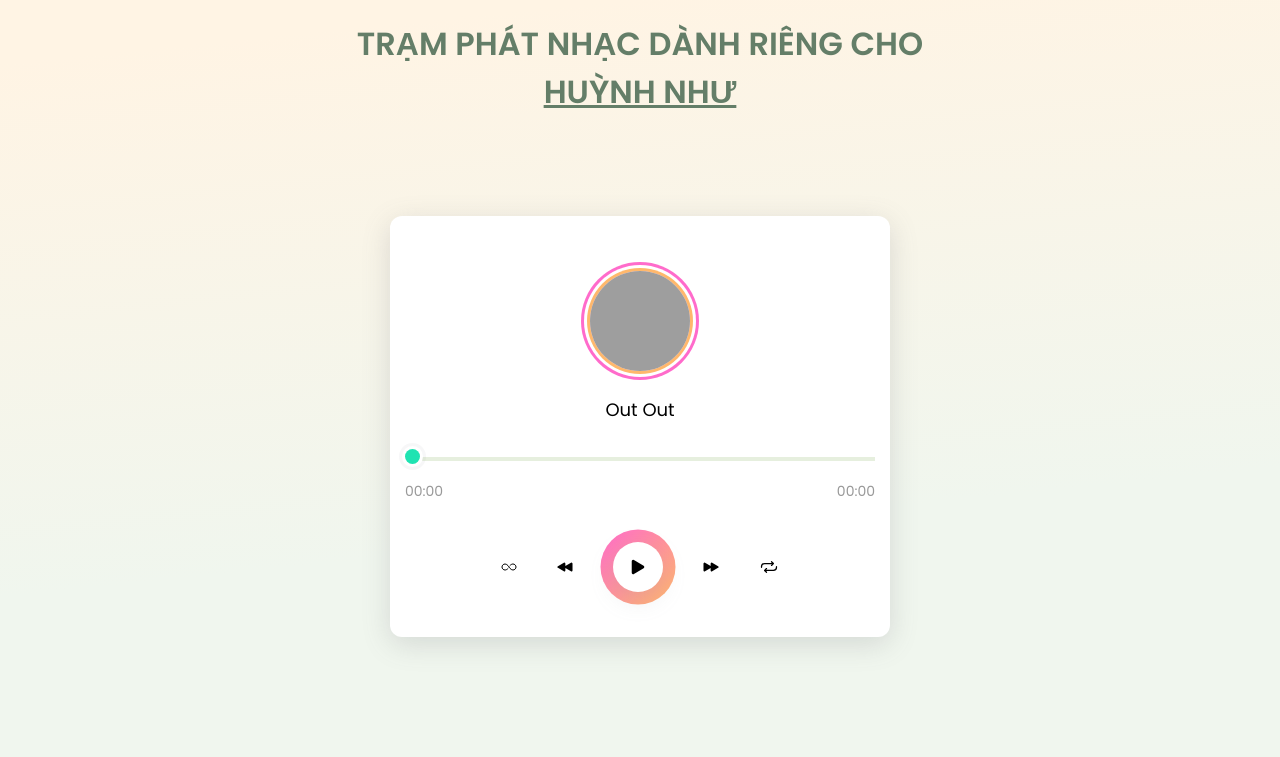
Repository: VuTuanAnh0949/Mp3
Page: index.html
The author's editor kept a copy of each file at every save. The page is drawn from the files as they stood at one save, then again after the next save.
The browser window is 1280 px wide. The pictures show the whole page.
Pictures or frames that could not be fetched are drawn as grey boxes.

Above is the page before, as saved 2022-09-25 15:02:32.

### index.html
<!DOCTYPE html>
<html lang="en">

<head>
    <meta charset="UTF-8">
    <meta http-equiv="X-UA-Compatible" content="IE=edge">
    <meta name="viewport" content="width=device-width, initial-scale=1.0">
    <link rel="stylesheet" href="app.css">
    <link rel="preconnect" href="https://fonts.googleapis.com">
    <link rel="preconnect" href="https://fonts.gstatic.com" crossorigin>
    <link href="https://fonts.googleapis.com/css2?family=Poppins:wght@300;400;600&family=Roboto:ital,wght@0,300;1,300&display=swap" rel="stylesheet">
    <title>MP3</title>
    <script type="module" src="https://unpkg.com/ionicons@5.5.2/dist/ionicons/ionicons.esm.js"></script>
    <script nomodule src="https://unpkg.com/ionicons@5.5.2/dist/ionicons/ionicons.js"></script>
</head>

<body>
    <div class="title">
        <h1>TRẠM PHÁT NHẠC DÀNH RIÊNG CHO </h1>
        <h1 id="especially">HUỲNH NHƯ</h1>
    </div>
    <div class="music">
        <div class="music-thumb">
            <img src="https://unsplash.com/blog/content/images/size/w1600/2022/06/jon-anders-dalan-9jSe9ZIFtGw-unsplash.jpg" alt="">
        </div>
        <h3 class="music-name">The Night</h3>
        <input type="range" name="range" id="range" class="range">
        <audio src="./music/nhabangiau.mp3" id="song"></audio>
        <div class="timer">
            <div class="duration">2:10</div>
            <div class="remaining">-3:10</div>
        </div>
        <div class="controls">
            <ion-icon name="infinite-outline" class="play-infinite"></ion-icon>
            <ion-icon name="play-back" class="play-back"></ion-icon>
            <div class="play">
                <div class="player-inner">
                    <ion-icon name="play" class="play-icon"></ion-icon>
                </div>
            </div>
            <ion-icon name="play-forward" class="play-forward"></ion-icon>
            <ion-icon name="repeat-outline" class="play-repeat"></ion-icon>
        </div>
    </div>

<script src="./app.js"></script>

</body>

</html>

### app.css
html {
    box-sizing: border-box;
  }
  * {
    margin: 0;
    padding: 0;
  }
  *,
  *:before,
  *:after {
    box-sizing: border-box;
  }
  input,
  textarea,
  select,
  button {
    outline: none;
  }
  input {
    line-height: normal;
  }
  label,
  button {
    cursor: pointer;
  }
  a {
    text-decoration: none;
  }
  img {
    display: block;
    max-width: 100%;
  }
  body {
    font-family: "Poppins", sans-serif;
    padding: 20px;
    max-width: 1000vh;
    max-height: 1000vh;
    background-image: linear-gradient( 174.2deg,  rgba(255,244,228,1) 7.1%, rgba(240,246,238,1) 67.4% );
   background-size: cover;
  }
 .title{
  color:#647E68;
  display: inline;
  align-items: center;
  justify-content: center;;
  text-align: center;;
 }
 #especially{
  text-decoration: underline;
 }
  .music {
    max-width: 500px;
    margin: 100px auto;
    border-radius: 12px;
    background-color: white;
    box-shadow: rgba(100, 100, 111, 0.2) 0px 7px 29px 0px;
    padding: 55px 15px 45px;
  }
  .music-thumb {
    width: 100px;
    height: 100px;
    margin: 0 auto 25px;
  }
  .music-thumb.is-playing {
    animation: spinner 5s infinite linear;
  }
  .music-thumb img {
    width: 100%;
    height: 100%;
    object-fit: cover;
    border-radius: 100rem;
    box-shadow: 0 0 0 3px #ffb86c, 0 0 0 6px white, 0 0 0 9px #ff6bcb;
  }
  .music-name {
    font-size: 18px;
    font-weight: 500;
    text-align: center;
    margin-bottom: 20px;
  }
  .timer {
    display: flex;
    justify-content: space-between;
    align-items: center;
    font-size: 14px;
    color: #999;
    margin-bottom: 40px;
  }
  .controls {
    display: flex;
    justify-content: center;
    align-items: center;
    gap: 0 40px;
  }
  .play {
    position: relative;
  }
  .play:before {
    content: "";
    position: absolute;
    inset: 0;
    background-image: linear-gradient(to right bottom, #ff6bcb, #ffb86c);
    transform: scale(1.5);
    border-radius: 100rem;
  }
  .player-inner {
    width: 50px;
    height: 50px;
    border-radius: 100rem;
    background-color: white;
    display: flex;
    justify-content: center;
    align-items: center;
    cursor: pointer;
    box-shadow: rgba(149, 157, 165, 0.2) 0px 8px 24px;
    font-size: 20px;
    position: relative;
    z-index: 2;
  }
  .play-repeat,
  .play-back,
  .play-forward {
    cursor: pointer;
  }
  .range {
    -webkit-appearance: none; /* Hides the slider so that custom slider can be made */
    width: 100%; /* Specific width is required for Firefox. */
    background: transparent; /* Otherwise white in Chrome */
    margin-bottom: 20px;
     background: chartreuse;
  }
  .range::-webkit-slider-runnable-track {
    width: 100%;
    height: 4px;
    background-color: #eeee;
  }
  .range::-webkit-slider-thumb {
    -webkit-appearance: none;
    background-color: #20e3b2;
    width: 15px;
    height: 15px;
    border-radius: 100rem;
    margin-top: -8px;
    box-shadow: 0 0 0 3px white, 0 0 0 6px rgba(100, 100, 111, 0.05);
  }
  @keyframes spinner {
    to {
      transform: rotate(360deg);
    }
  }
  .play-repeat {
    font-size: 20px;
  }

### app.js
const song = document.getElementById("song");
const playBtn = document.querySelector(".player-inner");
const nextBtn = document.querySelector(".play-forward");
const prevBtn = document.querySelector(".play-back");
const durationTime = document.querySelector(".duration")
const remainingTime = document.querySelector(".remaining")
const rangeBar = document.querySelector(".range");
const musicName = document.querySelector(".music-name");
const musicThumbnail = document.querySelector(".music-thumb");
const musicImage = document.querySelector(".music-thumb img");
const playRepeat = document.querySelector(".play-repeat");

let isPlaying = true;
let indexSong = 0;
let isRepeat = false;
/* const musics = ["thenight.mp3","nhabangiau.mp3","outout.mp3","moveyour.mp3"]; */
const musics =[
  {
    id: 1,
    title: "Out Out",
    file: "outout.mp3",
    image: "https://c4.wallpaperflare.com/wallpaper/545/756/905/anime-anime-girls-mask-simple-background-hd-wallpaper-thumb.jpg"
},
      {
          id: 2,
          title: "Nhà Bạn Giàu",
          file: "nhabangiau.mp3",
          image: "https://images.unsplash.com/photo-1495430288918-03be19c7c485?ixlib=rb-1.2.1&ixid=MnwxMjA3fDB8MHxwaG90by1wYWdlfHx8fGVufDB8fHx8&auto=format&fit=crop&w=387&q=80"
      },
      {
        id: 3,
        title: "The Night",
        file: "thenight.mp3",
        image: "https://images.unsplash.com/photo-1532767153582-b1a0e5145009?ixlib=rb-1.2.1&ixid=MnwxMjA3fDB8MHxwaG90by1wYWdlfHx8fGVufDB8fHx8&auto=format&fit=crop&w=387&q=80"
    },
    {
      id: 4,
      title: "Move Your..",
      file: "moveyour.mp3",
      image: "https://c4.wallpaperflare.com/wallpaper/663/420/862/car-purple-retrowave-landscape-wallpaper-thumb.jpg"
  }

]
let timer;
let repeatCount = 0;
playRepeat.addEventListener("click", function () {
  if (isRepeat) {
    isRepeat = false;
    playRepeat.removeAttribute("style");
  } else {
    isRepeat = true;
    playRepeat.style.color = "#ffb86c";
  }
});
nextBtn.addEventListener("click", function () {
  changeSong(1);
});
prevBtn.addEventListener("click", function () {
  changeSong(-1);
});
song.addEventListener("ended", handleEndedSong);
function handleEndedSong() {
  repeatCount++;
  if (isRepeat && repeatCount === 1) {
    // handle repeat song
    isPlaying = true;
    playPause();
  } else {
    changeSong(1);
  }
}
function changeSong(dir) {
    if (dir === 1) {
      // next song
      indexSong++;
      if (indexSong >= musics.length) {
        indexSong = 0;
      }
      isPlaying = true;
    } else if (dir === -1) {
      // prev song
      indexSong--;
      if (indexSong < 0) {
        indexSong = musics.length - 1;
      }
      isPlaying = true;
    }
    init(indexSong);
    // song.setAttribute("src", `./music/${musics[indexSong].file}`);
    playPause();
  }

  playBtn.addEventListener("click", playPause);
  function playPause() {
    if (isPlaying) {
      musicThumbnail.classList.add("is-playing");
      song.play();
      playBtn.innerHTML = `<ion-icon name="pause-circle"></ion-icon>`;
      isPlaying = false;
      timer = setInterval(displayTimer, 500);
    } else {
      musicThumbnail.classList.remove("is-playing");
      song.pause();
      playBtn.innerHTML = `<ion-icon name="play"></ion-icon>`;
      isPlaying = true;
      clearInterval(timer);
    }
  }
  function displayTimer() {
    const { duration, currentTime } = song;
    rangeBar.max = duration;
    rangeBar.value = currentTime;
    remainingTime.textContent = formatTimer(currentTime);
    if (!duration) {
      durationTime.textContent = "00:00";
    } else {
      durationTime.textContent = formatTimer(duration);
    }
  }
  function formatTimer(number) {
    const minutes = Math.floor(number / 60);
    const seconds = Math.floor(number - minutes * 60);
    return `${minutes < 10 ? "0" + minutes : minutes}:${
      seconds < 10 ? "0" + seconds : seconds
    }`;
  }
  rangeBar.addEventListener("change", handleChangeBar);
  function handleChangeBar() {
    song.currentTime = rangeBar.value;
  }
  function init(indexSong) {
    song.setAttribute("src", `./music/${musics[indexSong].file}`);
    musicImage.setAttribute("src", musics[indexSong].image);
    musicName.textContent = musics[indexSong].title;
  }
  displayTimer();
  init(indexSong);

After the next save:
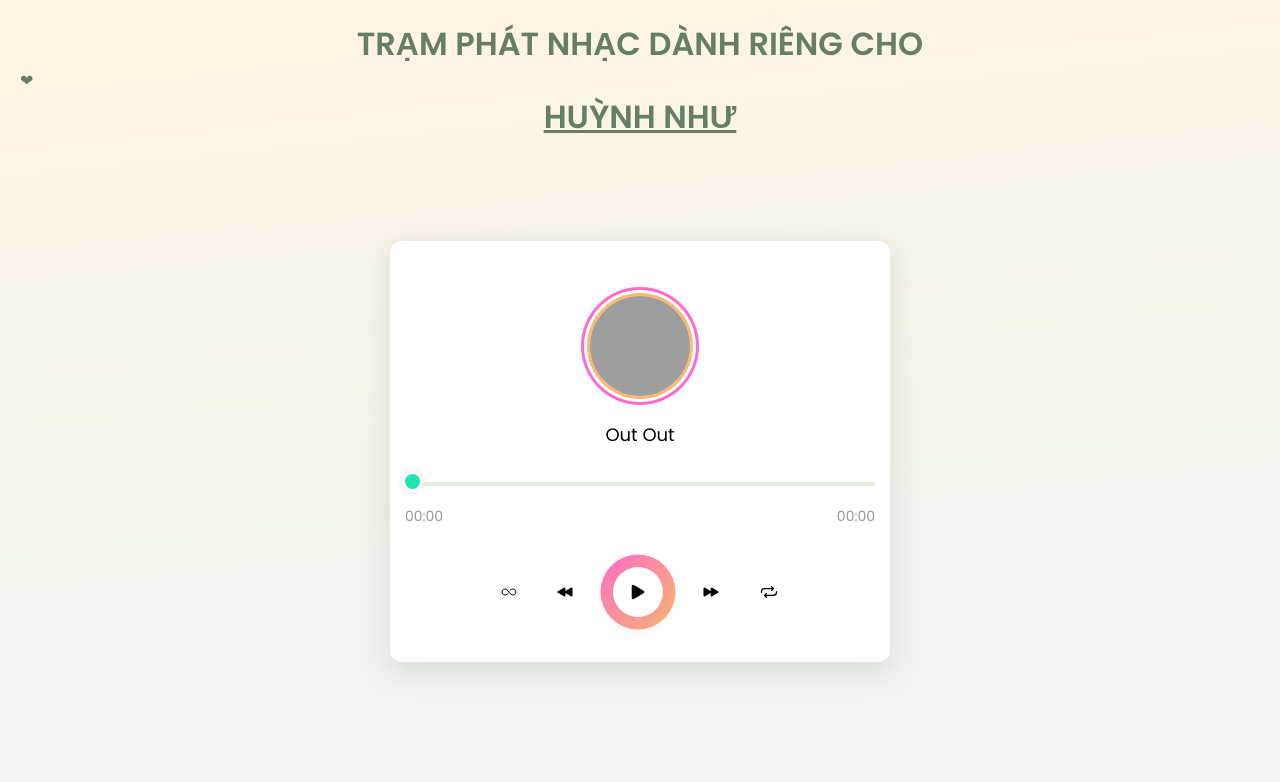
Saved 44 s later.
--- a/index.html
+++ b/index.html
@@ -16,7 +16,7 @@
 
 <body>
     <div class="title">
-        <h1>TRẠM PHÁT NHẠC DÀNH RIÊNG CHO </h1>
+        <h1>TRẠM PHÁT NHẠC DÀNH RIÊNG CHO </h1> ❤
         <h1 id="especially">HUỲNH NHƯ</h1>
     </div>
     <div class="music">

After the 3 saves that followed:
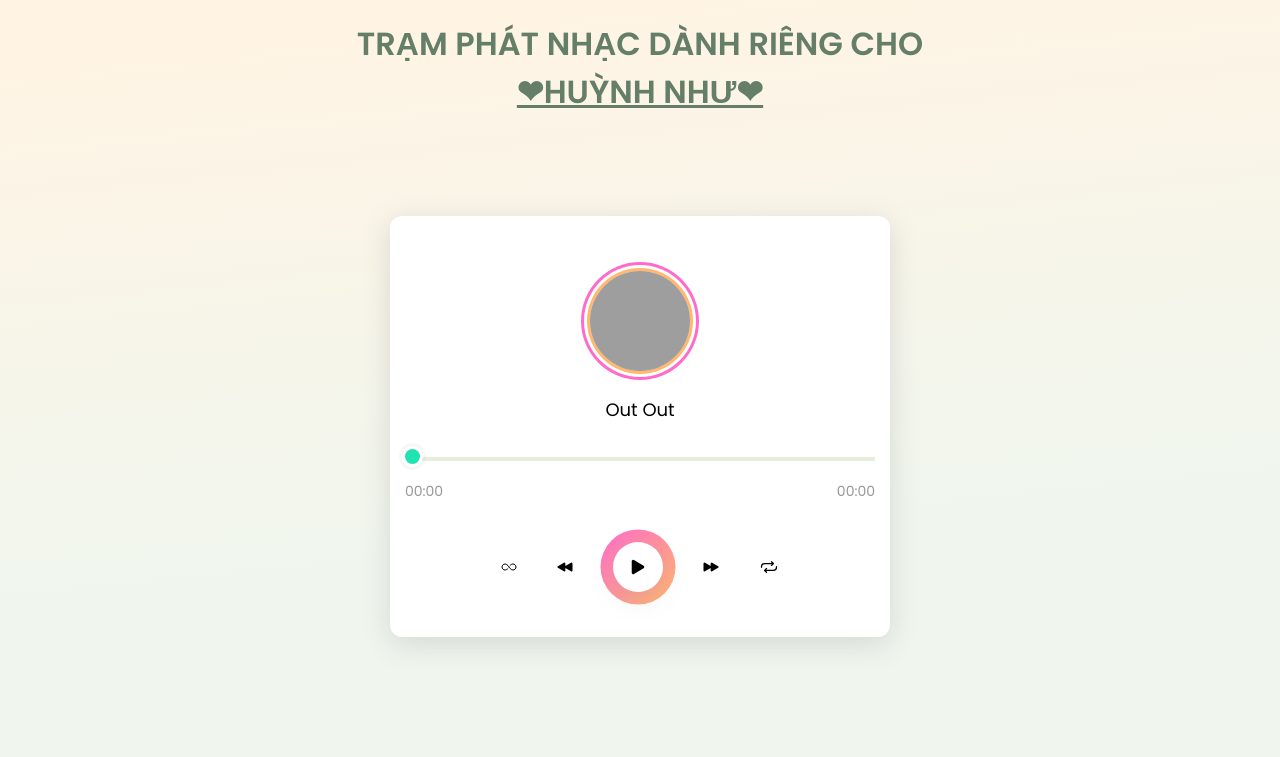
The 3 saves are shown as one change because they came seconds apart.
The last was saved 9 s later.
--- a/index.html
+++ b/index.html
@@ -16,8 +16,8 @@
 
 <body>
     <div class="title">
-        <h1>TRẠM PHÁT NHẠC DÀNH RIÊNG CHO </h1> ❤
-        <h1 id="especially">HUỲNH NHƯ</h1>
+        <h1>TRẠM PHÁT NHẠC DÀNH RIÊNG CHO </h1>
+        <h1 id="especially">❤HUỲNH NHƯ❤</h1>
     </div>
     <div class="music">
         <div class="music-thumb">
